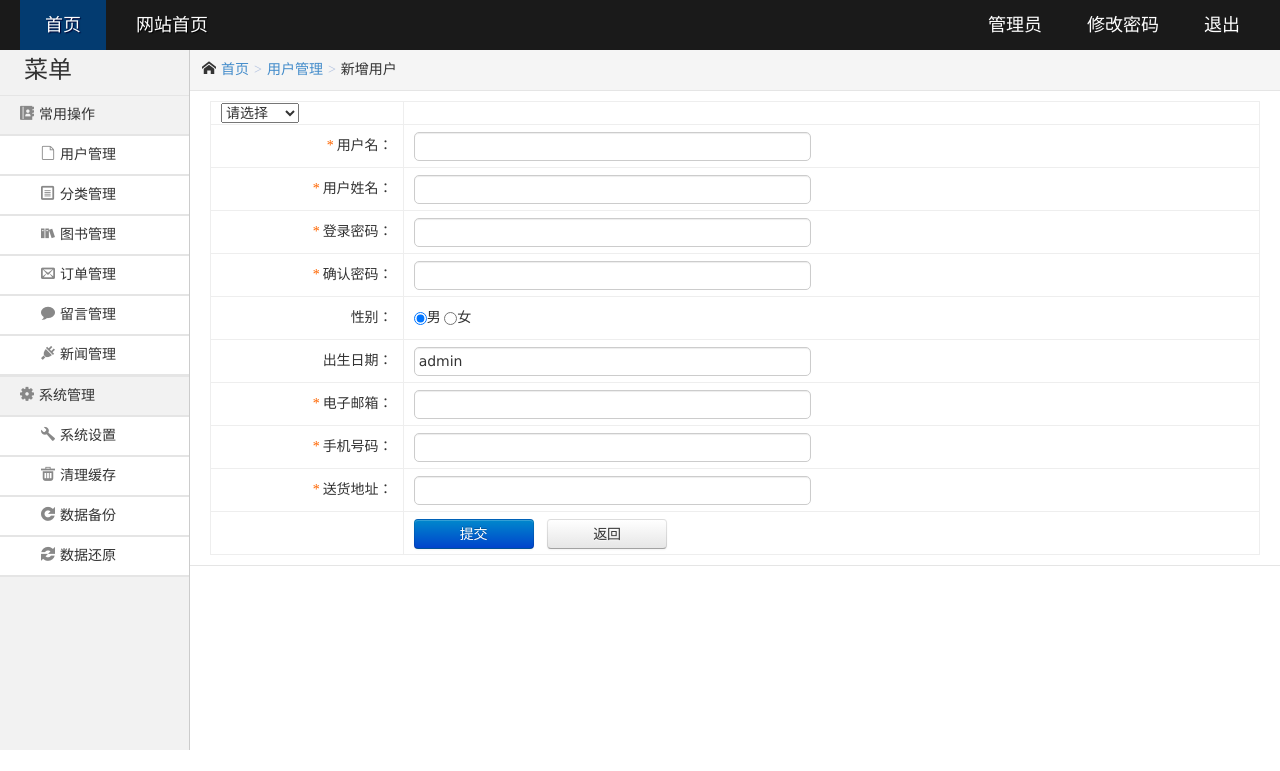
Repository: tianxiaohuahua/liuzhishop
Page: http://localhost/liuzhishop/manage/admin_useradd.jsp
The author's editor kept a copy of each file at every save. The page is drawn from the files as they stood at one save, then again after the next save.
The browser window is 1280 px wide. The pictures show the whole page.
The page is served by Tomcat 9.

Above is the page before, as saved 2021-02-21 12:17:44.

After the next save:
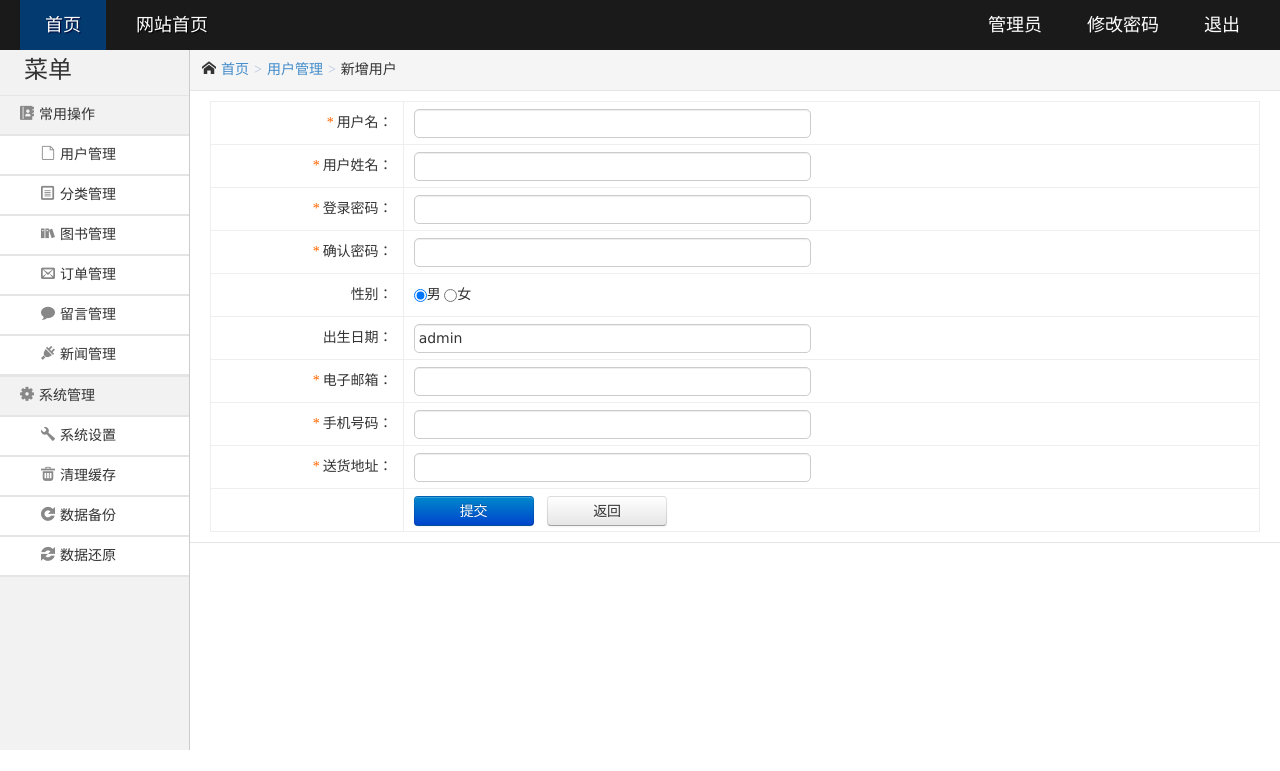
Saved 14 s later.
--- a/liuzhishop/WebContent/manage/admin_useradd.jsp
+++ b/liuzhishop/WebContent/manage/admin_useradd.jsp
@@ -13,12 +13,7 @@
                     <table class="insert-tab" width="100%">
                         <tbody><tr>
 
-                            <td>
-                                <select name="colId" id="catid" class="required">
-                                    <option value="">请选择</option>
-                                    <option value="19">精品界面</option><option value="20">推荐界面</option>
-                                </select>
-                            </td>
+
                         </tr>
 
                             <tr>
